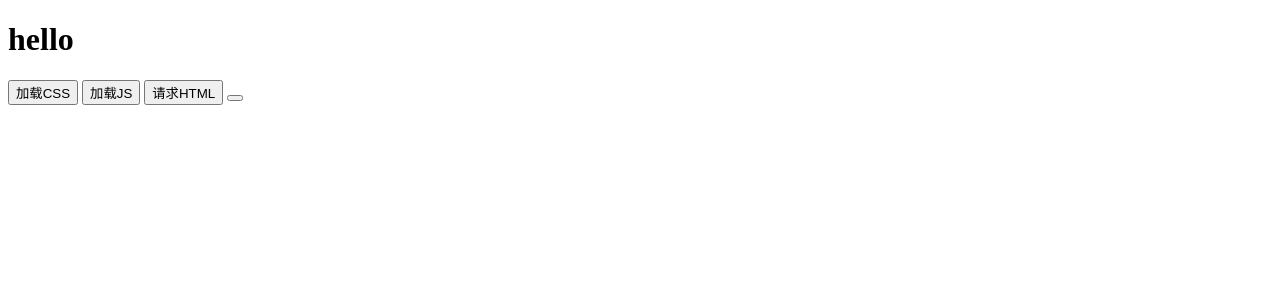
Repository: chenguocan/AJAX_1
Page: public/index.html
The author's editor kept a copy of each file at every save. The page is drawn from the files as they stood at one save, then again after the next save.
The browser window is 1280 px wide. The pictures show the whole page.

Above is the page before, as saved 2020-08-13 17:21:22.

After the next save:
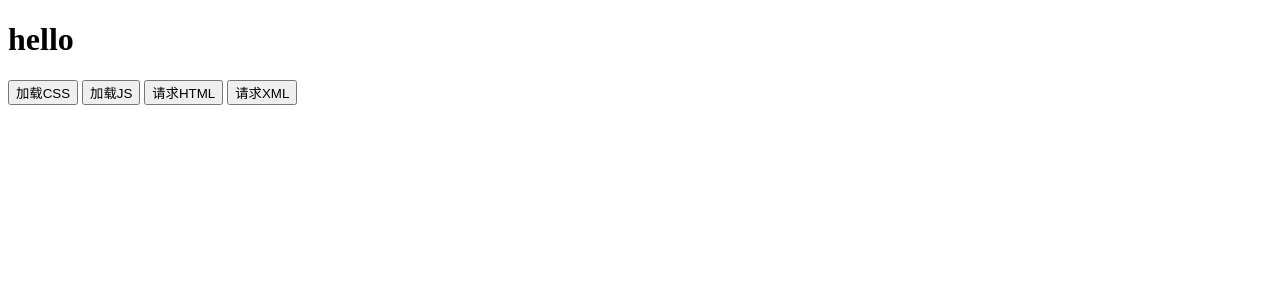
Saved 7 s later.
--- a/public/index.html
+++ b/public/index.html
@@ -13,7 +13,7 @@
     <button class="getCSS">加载CSS</button>
     <button class="getJS">加载JS</button>
     <button class="getHTML">请求HTML</button>
-    <button class="getXML"></button>
+    <button class="getXML">请求XML</button>
     <script src="main.js"></script>
 </body>
 
